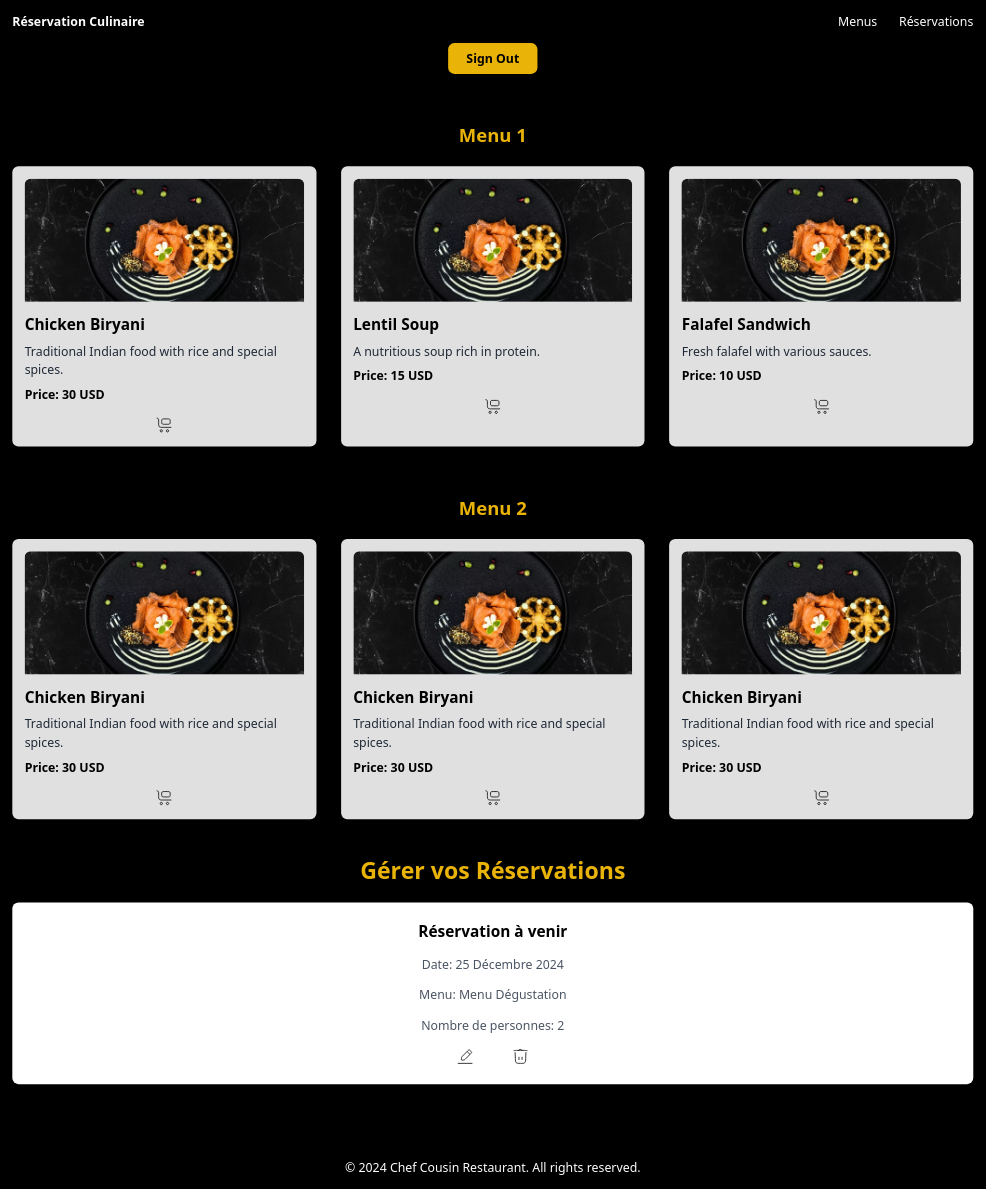
Repository: HamzaChehlaoui/Site-Web-pour-un-Chef-Cuisinier
Page: http://localhost/menuutil.php
These files come from the project's save history. The page is drawn as it stood at one moment and after the next save; the edit follows.
The browser window is 1280 px wide. The pictures show the whole page, at 77% of full size.
Some web libraries are served in a nearby version. The page is run by PHP 8.4 with error messages shown; the project is at /var/www/html/.

Above is the page before, as saved 2024-12-18 17:20:04.

### menuutil.php
<!DOCTYPE html>
<html lang="fr">
<head>
    <meta charset="UTF-8">
    <meta name="viewport" content="width=device-width, initial-scale=1.0">
    <title>Réservation d'Expérience Culinaire</title>
    <script src="https://cdn.tailwindcss.com"></script></head>
<body class="bg-black font-sans">

    <!-- Navbar -->
    <header class="bg-black text-white p-4">
        <div class="max-w-7xl mx-auto flex justify-between items-center">
            <h1 class="text-[1rem] font-semibold">Réservation Culinaire</h1>
            <nav class="space-x-6">
                <a href="#menus" class="hover:text-gray-300">Menus</a>
                <a href="#reservations" class="hover:text-gray-300">Réservations</a>
            </nav>
        </div>
    </header>
    <div class="text-center mb-8">
        <a href="index.php" class="inline-block bg-yellow-500 text-black px-6 py-2 rounded-lg font-semibold hover:scale-105 hover:shadow-lg transition-transform">
            Sign Out
        </a>
    </div>
    <!-- Menu Section -->
    <section class="py-8">
        <div class="container mx-auto px-4">
            <h2 class="text-2xl font-semibold mb-6 text-center text-yellow-500">Menu 1</h2>
            <div class="grid grid-cols-1 sm:grid-cols-2 lg:grid-cols-3 gap-8">
                <!-- Dish 1 -->
                <div class="bg-[#E0E0E0] p-4 rounded-lg shadow-lg hover:shadow-xl hover:bg-[#E0E0E0] transition duration-300">
                    <img src="zalmbloem-met-roomkaas_hr-4.webp" alt="Dish 1" class="w-full h-40 object-cover rounded-t-lg">
                    <h3 class="text-xl font-semibold mt-4 text-black">Chicken Biryani</h3>
                    <p class="text-gray-800 mt-2">Traditional Indian food with rice and special spices.</p>
                    <p class="mt-2 font-bold text-black">Price: 30 USD</p>
                      <!-- Edit and Delete buttons -->
                    <div class="mt-4 flex justify-center">
                <svg width="24" height="24" viewBox="0 0 24 24" fill="none" xmlns="http://www.w3.org/2000/svg">
                <path d="M10 19.5C10 20.3284 9.32843 21 8.5 21C7.67157 21 7 20.3284 7 19.5C7 18.6716 7.67157 18 8.5 18C9.32843 18 10 18.6716 10 19.5Z" stroke="black" stroke-width="null" class="my-path"></path>
                <path d="M18 19.5C18 20.3284 17.3284 21 16.5 21C15.6716 21 15 20.3284 15 19.5C15 18.6716 15.6716 18 16.5 18C17.3284 18 18 18.6716 18 19.5Z" stroke="black" stroke-width="null" class="my-path"></path>
                <path d="M21 15H11C8.17157 15 6.75736 15 5.87868 14.1213C5 13.2426 5 11.8284 5 9V5C5 3.89543 4.10457 3 3 3" stroke="black" stroke-width="null" stroke-linecap="round" class="my-path"></path>
                <path d="M9 7.5C9 6.09554 9 5.39331 9.33706 4.88886C9.48298 4.67048 9.67048 4.48298 9.88886 4.33706C10.3933 4 11.0955 4 12.5 4H16.5C17.9045 4 18.6067 4 19.1111 4.33706C19.3295 4.48298 19.517 4.67048 19.6629 4.88886C20 5.39331 20 6.09554 20 7.5C20 8.90446 20 9.60669 19.6629 10.1111C19.517 10.3295 19.3295 10.517 19.1111 10.6629C18.6067 11 17.9045 11 16.5 11H12.5C11.0955 11 10.3933 11 9.88886 10.6629C9.67048 10.517 9.48298 10.3295 9.33706 10.1111C9 9.60669 9 8.90446 9 7.5Z" stroke="black" stroke-width="null" class="my-path"></path>
                </svg>

                    </div>
                </div>
                <!-- Dish 2 -->
                <div class="bg-[#E0E0E0] p-4 rounded-lg shadow-lg hover:shadow-xl hover:bg-[#E0E0E0] transition duration-300">
                    <img src="zalmbloem-met-roomkaas_hr-4.webp" alt="Dish 2" class="w-full h-40 object-cover rounded-t-lg">
                    <h3 class="text-xl font-semibold mt-4 text-black">Lentil Soup</h3>
                    <p class="text-gray-800 mt-2">A nutritious soup rich in protein.</p>
                    <p class="mt-2 font-bold text-black">Price: 15 USD</p>
                      <!-- Edit and Delete buttons -->
                    <div class="mt-4 flex justify-center">
                    <svg width="24" height="24" viewBox="0 0 24 24" fill="none" xmlns="http://www.w3.org/2000/svg">
                    <path d="M10 19.5C10 20.3284 9.32843 21 8.5 21C7.67157 21 7 20.3284 7 19.5C7 18.6716 7.67157 18 8.5 18C9.32843 18 10 18.6716 10 19.5Z" stroke="black" stroke-width="null" class="my-path"></path>
                    <path d="M18 19.5C18 20.3284 17.3284 21 16.5 21C15.6716 21 15 20.3284 15 19.5C15 18.6716 15.6716 18 16.5 18C17.3284 18 18 18.6716 18 19.5Z" stroke="black" stroke-width="null" class="my-path"></path>
                    <path d="M21 15H11C8.17157 15 6.75736 15 5.87868 14.1213C5 13.2426 5 11.8284 5 9V5C5 3.89543 4.10457 3 3 3" stroke="black" stroke-width="null" stroke-linecap="round" class="my-path"></path>
                    <path d="M9 7.5C9 6.09554 9 5.39331 9.33706 4.88886C9.48298 4.67048 9.67048 4.48298 9.88886 4.33706C10.3933 4 11.0955 4 12.5 4H16.5C17.9045 4 18.6067 4 19.1111 4.33706C19.3295 4.48298 19.517 4.67048 19.6629 4.88886C20 5.39331 20 6.09554 20 7.5C20 8.90446 20 9.60669 19.6629 10.1111C19.517 10.3295 19.3295 10.517 19.1111 10.6629C18.6067 11 17.9045 11 16.5 11H12.5C11.0955 11 10.3933 11 9.88886 10.6629C9.67048 10.517 9.48298 10.3295 9.33706 10.1111C9 9.60669 9 8.90446 9 7.5Z" stroke="black" stroke-width="null" class="my-path"></path>
                    </svg>

                    </div>
                </div>
                <!-- Dish 3 -->
                <div class="bg-[#E0E0E0] p-4 rounded-lg shadow-lg hover:shadow-xl hover:bg-[#E0E0E0] transition duration-300">
                    <img src="zalmbloem-met-roomkaas_hr-4.webp" alt="Dish 3" class="w-full h-40 object-cover rounded-t-lg">
                    <h3 class="text-xl font-semibold mt-4 text-black">Falafel Sandwich</h3>
                    <p class="text-gray-800 mt-2">Fresh falafel with various sauces.</p>
                    <p class="mt-2 font-bold text-black">Price: 10 USD</p>
                       <!-- Edit and Delete buttons -->
                    <div class="mt-4 flex justify-center">
                        <!-- edit  -->
                        <svg width="24" height="24" viewBox="0 0 24 24" fill="none" xmlns="http://www.w3.org/2000/svg">
                        <path d="M10 19.5C10 20.3284 9.32843 21 8.5 21C7.67157 21 7 20.3284 7 19.5C7 18.6716 7.67157 18 8.5 18C9.32843 18 10 18.6716 10 19.5Z" stroke="black" stroke-width="null" class="my-path"></path>
                        <path d="M18 19.5C18 20.3284 17.3284 21 16.5 21C15.6716 21 15 20.3284 15 19.5C15 18.6716 15.6716 18 16.5 18C17.3284 18 18 18.6716 18 19.5Z" stroke="black" stroke-width="null" class="my-path"></path>
                        <path d="M21 15H11C8.17157 15 6.75736 15 5.87868 14.1213C5 13.2426 5 11.8284 5 9V5C5 3.89543 4.10457 3 3 3" stroke="black" stroke-width="null" stroke-linecap="round" class="my-path"></path>
                        <path d="M9 7.5C9 6.09554 9 5.39331 9.33706 4.88886C9.48298 4.67048 9.67048 4.48298 9.88886 4.33706C10.3933 4 11.0955 4 12.5 4H16.5C17.9045 4 18.6067 4 19.1111 4.33706C19.3295 4.48298 19.517 4.67048 19.6629 4.88886C20 5.39331 20 6.09554 20 7.5C20 8.90446 20 9.60669 19.6629 10.1111C19.517 10.3295 19.3295 10.517 19.1111 10.6629C18.6067 11 17.9045 11 16.5 11H12.5C11.0955 11 10.3933 11 9.88886 10.6629C9.67048 10.517 9.48298 10.3295 9.33706 10.1111C9 9.60669 9 8.90446 9 7.5Z" stroke="black" stroke-width="null" class="my-path"></path>
                        </svg>
                    </div>
                </div>
                </div>
            </div>
        </div>
         <!-- /* From Uiverse.io by OnCloud125252 */  -->

    </section>
    <section class="py-8">
        <div class="container mx-auto px-4">
            <h2 class="text-2xl font-semibold mb-6 text-center text-yellow-500">Menu 2</h2>
            <div class="grid grid-cols-1 sm:grid-cols-2 lg:grid-cols-3 gap-8">
                <!-- Repeat the dishes here with Edit and Delete buttons -->
                <div class="bg-[#E0E0E0] p-4 rounded-lg shadow-lg hover:shadow-xl hover:bg-[#E0E0E0] transition duration-300">
                    <img src="zalmbloem-met-roomkaas_hr-4.webp" alt="Dish 1" class="w-full h-40 object-cover rounded-t-lg">
                    <h3 class="text-xl font-semibold mt-4 text-black">Chicken Biryani</h3>
                    <p class="text-gray-800 mt-2">Traditional Indian food with rice and special spices.</p>
                    <p class="mt-2 font-bold text-black">Price: 30 USD</p>
                      <!-- Edit and Delete buttons -->
                    <div class="mt-4 flex justify-center">
                        <!-- edit  -->
                        <svg width="24" height="24" viewBox="0 0 24 24" fill="none" xmlns="http://www.w3.org/2000/svg">
                        <path d="M10 19.5C10 20.3284 9.32843 21 8.5 21C7.67157 21 7 20.3284 7 19.5C7 18.6716 7.67157 18 8.5 18C9.32843 18 10 18.6716 10 19.5Z" stroke="black" stroke-width="null" class="my-path"></path>
                        <path d="M18 19.5C18 20.3284 17.3284 21 16.5 21C15.6716 21 15 20.3284 15 19.5C15 18.6716 15.6716 18 16.5 18C17.3284 18 18 18.6716 18 19.5Z" stroke="black" stroke-width="null" class="my-path"></path>
                        <path d="M21 15H11C8.17157 15 6.75736 15 5.87868 14.1213C5 13.2426 5 11.8284 5 9V5C5 3.89543 4.10457 3 3 3" stroke="black" stroke-width="null" stroke-linecap="round" class="my-path"></path>
                        <path d="M9 7.5C9 6.09554 9 5.39331 9.33706 4.88886C9.48298 4.67048 9.67048 4.48298 9.88886 4.33706C10.3933 4 11.0955 4 12.5 4H16.5C17.9045 4 18.6067 4 19.1111 4.33706C19.3295 4.48298 19.517 4.67048 19.6629 4.88886C20 5.39331 20 6.09554 20 7.5C20 8.90446 20 9.60669 19.6629 10.1111C19.517 10.3295 19.3295 10.517 19.1111 10.6629C18.6067 11 17.9045 11 16.5 11H12.5C11.0955 11 10.3933 11 9.88886 10.6629C9.67048 10.517 9.48298 10.3295 9.33706 10.1111C9 9.60669 9 8.90446 9 7.5Z" stroke="black" stroke-width="null" class="my-path"></path>
                        </svg>

                    </div>
                </div>
                <!-- Dish 1 -->
                <div class="bg-[#E0E0E0] p-4 rounded-lg shadow-lg hover:shadow-xl hover:bg-[#E0E0E0] transition duration-300">
                    <img src="zalmbloem-met-roomkaas_hr-4.webp" alt="Dish 1" class="w-full h-40 object-cover rounded-t-lg">
                    <h3 class="text-xl font-semibold mt-4 text-black">Chicken Biryani</h3>
                    <p class="text-gray-800 mt-2">Traditional Indian food with rice and special spices.</p>
                    <p class="mt-2 font-bold text-black">Price: 30 USD</p>
                      <!-- Edit and Delete buttons -->
                    <div class="mt-4 flex justify-center">
                    <svg width="24" height="24" viewBox="0 0 24 24" fill="none" xmlns="http://www.w3.org/2000/svg">
                    <path d="M10 19.5C10 20.3284 9.32843 21 8.5 21C7.67157 21 7 20.3284 7 19.5C7 18.6716 7.67157 18 8.5 18C9.32843 18 10 18.6716 10 19.5Z" stroke="black" stroke-width="null" class="my-path"></path>
                    <path d="M18 19.5C18 20.3284 17.3284 21 16.5 21C15.6716 21 15 20.3284 15 19.5C15 18.6716 15.6716 18 16.5 18C17.3284 18 18 18.6716 18 19.5Z" stroke="black" stroke-width="null" class="my-path"></path>
                    <path d="M21 15H11C8.17157 15 6.75736 15 5.87868 14.1213C5 13.2426 5 11.8284 5 9V5C5 3.89543 4.10457 3 3 3" stroke="black" stroke-width="null" stroke-linecap="round" class="my-path"></path>
                    <path d="M9 7.5C9 6.09554 9 5.39331 9.33706 4.88886C9.48298 4.67048 9.67048 4.48298 9.88886 4.33706C10.3933 4 11.0955 4 12.5 4H16.5C17.9045 4 18.6067 4 19.1111 4.33706C19.3295 4.48298 19.517 4.67048 19.6629 4.88886C20 5.39331 20 6.09554 20 7.5C20 8.90446 20 9.60669 19.6629 10.1111C19.517 10.3295 19.3295 10.517 19.1111 10.6629C18.6067 11 17.9045 11 16.5 11H12.5C11.0955 11 10.3933 11 9.88886 10.6629C9.67048 10.517 9.48298 10.3295 9.33706 10.1111C9 9.60669 9 8.90446 9 7.5Z" stroke="black" stroke-width="null" class="my-path"></path>
                    </svg>
                   </div>
                </div>
            <!-- Dish 1 -->
            <div class="bg-[#E0E0E0] p-4 rounded-lg shadow-lg hover:shadow-xl hover:bg-[#E0E0E0] transition duration-300">
                    <img src="zalmbloem-met-roomkaas_hr-4.webp" alt="Dish 1" class="w-full h-40 object-cover rounded-t-lg">
                    <h3 class="text-xl font-semibold mt-4 text-black">Chicken Biryani</h3>
                    <p class="text-gray-800 mt-2">Traditional Indian food with rice and special spices.</p>
                    <p class="mt-2 font-bold text-black">Price: 30 USD</p>
                      <!-- Edit and Delete buttons -->
                    <div class="mt-4 flex justify-center">
                    <svg width="24" height="24" viewBox="0 0 24 24" fill="none" xmlns="http://www.w3.org/2000/svg">
                    <path d="M10 19.5C10 20.3284 9.32843 21 8.5 21C7.67157 21 7 20.3284 7 19.5C7 18.6716 7.67157 18 8.5 18C9.32843 18 10 18.6716 10 19.5Z" stroke="black" stroke-width="null" class="my-path"></path>
                    <path d="M18 19.5C18 20.3284 17.3284 21 16.5 21C15.6716 21 15 20.3284 15 19.5C15 18.6716 15.6716 18 16.5 18C17.3284 18 18 18.6716 18 19.5Z" stroke="black" stroke-width="null" class="my-path"></path>
                    <path d="M21 15H11C8.17157 15 6.75736 15 5.87868 14.1213C5 13.2426 5 11.8284 5 9V5C5 3.89543 4.10457 3 3 3" stroke="black" stroke-width="null" stroke-linecap="round" class="my-path"></path>
                    <path d="M9 7.5C9 6.09554 9 5.39331 9.33706 4.88886C9.48298 4.67048 9.67048 4.48298 9.88886 4.33706C10.3933 4 11.0955 4 12.5 4H16.5C17.9045 4 18.6067 4 19.1111 4.33706C19.3295 4.48298 19.517 4.67048 19.6629 4.88886C20 5.39331 20 6.09554 20 7.5C20 8.90446 20 9.60669 19.6629 10.1111C19.517 10.3295 19.3295 10.517 19.1111 10.6629C18.6067 11 17.9045 11 16.5 11H12.5C11.0955 11 10.3933 11 9.88886 10.6629C9.67048 10.517 9.48298 10.3295 9.33706 10.1111C9 9.60669 9 8.90446 9 7.5Z" stroke="black" stroke-width="null" class="my-path"></path>
                    </svg>
                   </div>
                </div>
            </div>
    <!-- Reservation Section -->
    <section id="reservations" class="py-12 bg-black">
        <div class="max-w-7xl mx-auto text-center">
            <h2 class="text-3xl font-bold mb-6 text-yellow-500">Gérer vos Réservations</h2>

            <div class="bg-white p-6 rounded-lg shadow-md">
                <h3 class="text-xl font-semibold mb-4">Réservation à venir</h3>
                <p class="text-gray-600 mb-4">Date: 25 Décembre 2024</p>
                <p class="text-gray-600 mb-4">Menu: Menu Dégustation</p>
                <p class="text-gray-600 mb-4">Nombre de personnes: 2</p>
                 <!-- Edit and Delete buttons -->
                 <div class="mt-4 flex justify-center gap-[3rem]">
                    <svg width="24" height="24" viewBox="0 0 24 24" fill="none" xmlns="http://www.w3.org/2000/svg">
                    <path d="M15.7734 4.42255L8.01924 12.2706C7.79291 12.4996 7.67974 12.6142 7.60917 12.7552C7.53859 12.8961 7.51521 13.0544 7.46845 13.3709L7.30803 14.4566C7.12534 15.693 7.034 16.3112 7.40145 16.6645C7.7689 17.0178 8.39306 16.9118 9.64137 16.6999L10.7375 16.5139C11.0571 16.4596 11.2168 16.4325 11.3579 16.3593C11.499 16.2861 11.6121 16.1715 11.8385 15.9425L19.5927 8.09446C20.2553 7.42379 20.5866 7.08846 20.5814 6.67712C20.5761 6.26578 20.2363 5.93906 19.5566 5.28563L18.6209 4.38599C17.9412 3.73256 17.6014 3.40584 17.1844 3.4112C16.7674 3.41655 16.4361 3.75188 15.7734 4.42255Z" stroke="black" stroke-width="null" class="my-path"></path>
                    <path d="M18.3329 9.22206L14.7773 5.6665" stroke="black" stroke-width="null" class="my-path"></path>
                    <path d="M21 21H3" stroke="black" stroke-width="null" stroke-linecap="round" class="my-path"></path>
                    </svg>
                    <!-- delete  -->
                    <svg width="24" height="24" viewBox="0 0 24 24" fill="none" xmlns="http://www.w3.org/2000/svg">
                    <path d="M5 7L5.29949 14.7868C5.41251 17.7252 5.46902 19.1944 6.40719 20.0972C7.34537 21 8.81543 21 11.7555 21H12.2433C15.1842 21 16.6547 21 17.5928 20.0972C18.531 19.1944 18.5875 17.7252 18.7006 14.7868L19 7" stroke="black" stroke-width="null" stroke-linecap="round" class="my-path"></path>
                    <path d="M10 13V16" stroke="black" stroke-width="null" stroke-linecap="round" class="my-path"></path>
                    <path d="M14 13V16" stroke="black" stroke-width="null" stroke-linecap="round" class="my-path"></path>
                    <path d="M20.4706 4.43329C18.6468 4.27371 17.735 4.19392 16.8229 4.13611C13.6109 3.93249 10.3891 3.93249 7.17707 4.13611C6.26506 4.19392 5.35318 4.27371 3.52942 4.43329" stroke="black" stroke-width="null" stroke-linecap="round" class="my-path"></path>
                    <path d="M13.7647 3.95212C13.7647 3.95212 13.3993 2.98339 11.6471 2.9834C9.8949 2.9834 9.52942 3.95211 9.52942 3.95211" stroke="black" stroke-width="null" stroke-linecap="round" class="my-path"></path>
                    </svg>  </div>
                </div> </div>
        </div>
    </section>

    <!-- Footer -->
    <footer class="bg-black text-white py-4">
        <div class="container mx-auto text-center">
            <p>&copy; 2024 Chef Cousin Restaurant. All rights reserved.</p>
        </div>
    </footer>

</body>
</html>

After the next save:
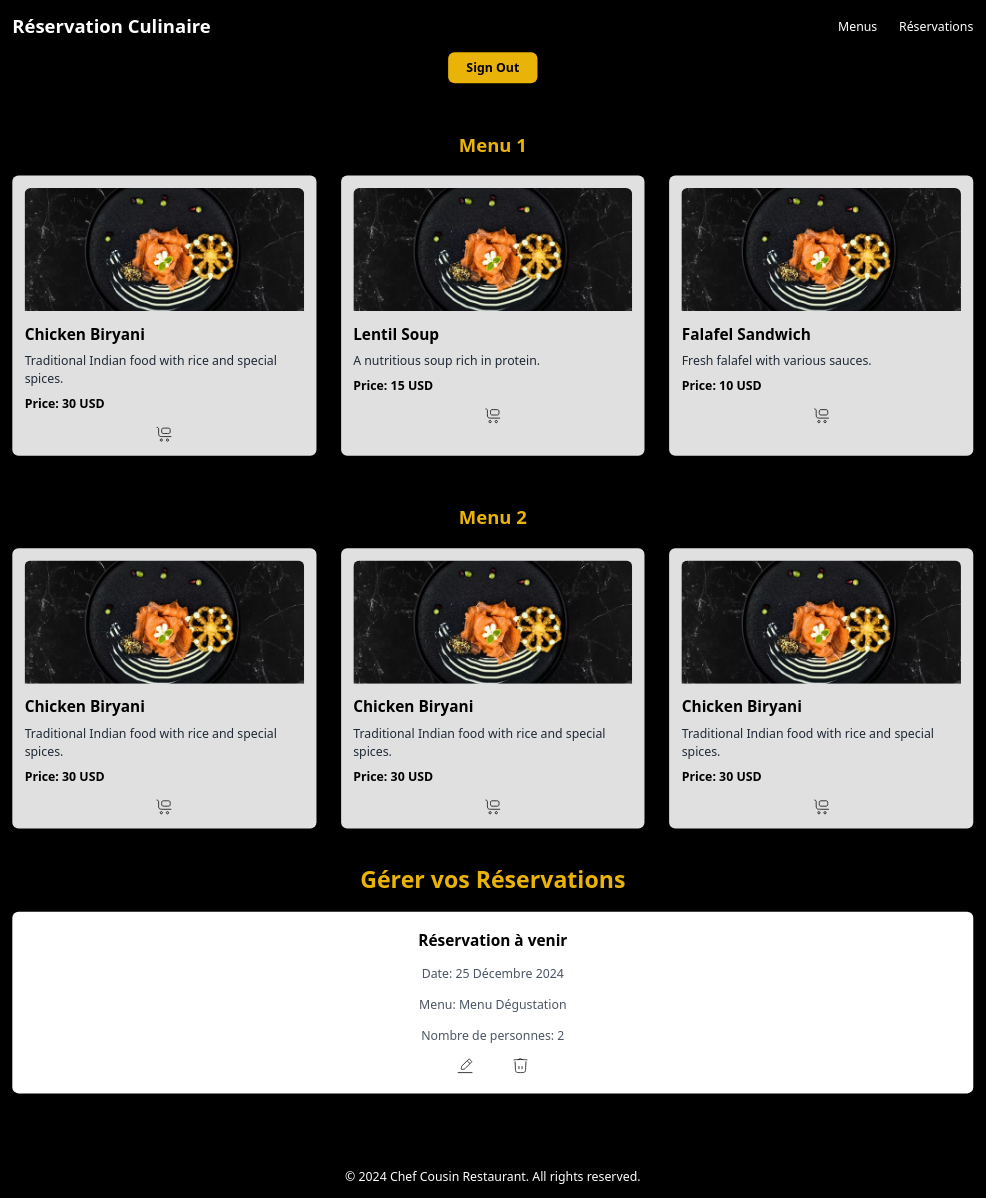
Saved 12 s later.
--- a/menuutil.php
+++ b/menuutil.php
@@ -10,7 +10,7 @@
     <!-- Navbar -->
     <header class="bg-black text-white p-4">
         <div class="max-w-7xl mx-auto flex justify-between items-center">
-            <h1 class="text-[1rem] font-semibold">Réservation Culinaire</h1>
+            <h1 class="text-[1.5rem] font-semibold">Réservation Culinaire</h1>
             <nav class="space-x-6">
                 <a href="#menus" class="hover:text-gray-300">Menus</a>
                 <a href="#reservations" class="hover:text-gray-300">Réservations</a>
